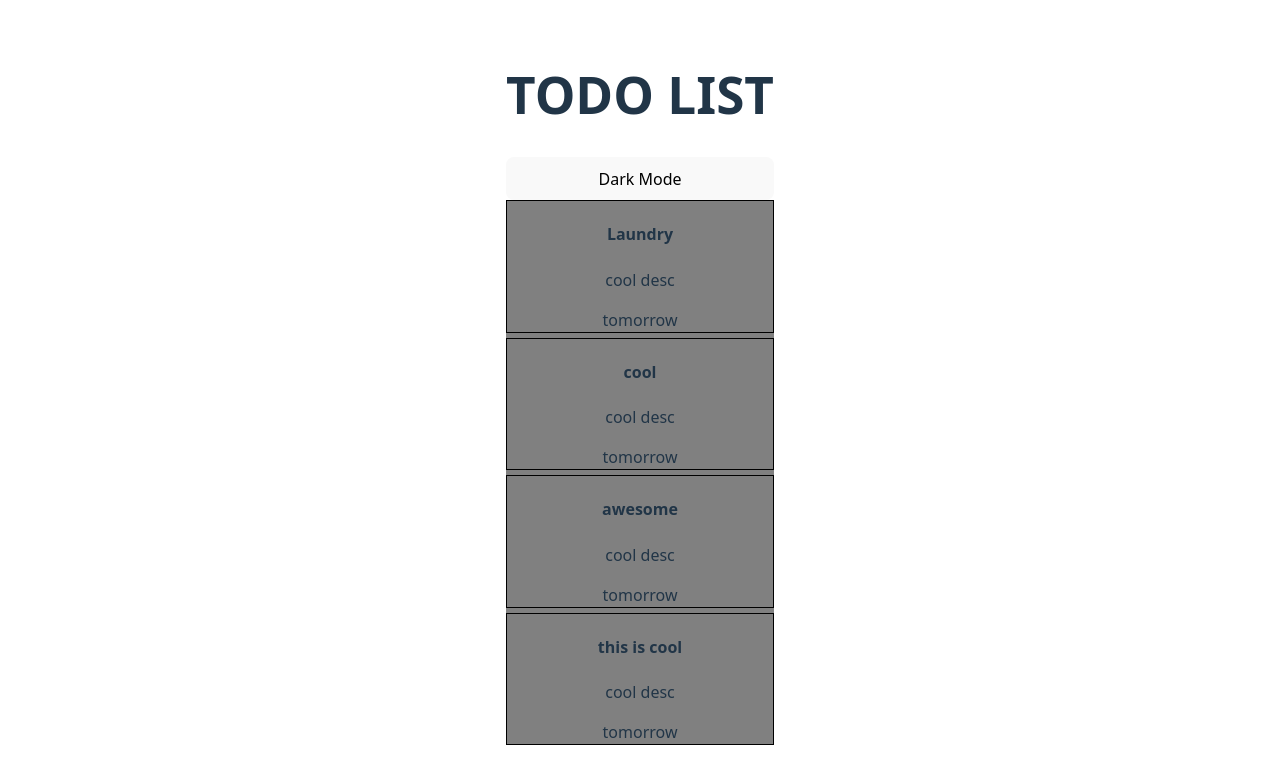
Repository: DISC-NU/workshop-3-activites
Page: /
These files come from the project's save history. The page is drawn as it stood at one moment and after the next save; the edit follows.
The browser window is 1280 px wide. The pictures show the whole page.
The project was rebuilt for these pictures with package versions that can differ from the ones it lists, and the page was loaded fresh each time. Also part of the build but not shown: vite.config.js.

Above is the page before, as saved 2025-10-06 19:28:26.

After the next save:
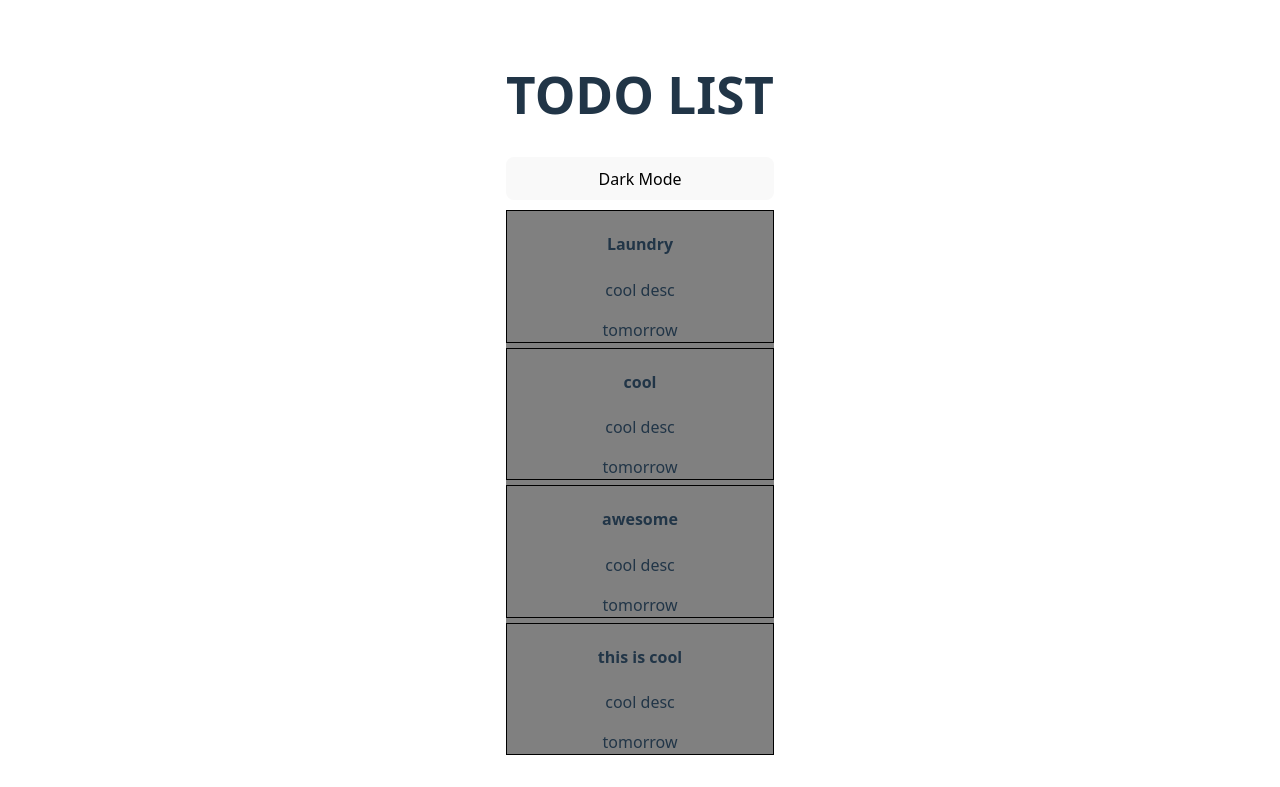
Saved 13 s later.
--- a/src/App.jsx
+++ b/src/App.jsx
@@ -14,7 +14,7 @@ function App() {
   return(
     <main style={{ display: 'flex', justifyContent: 'center', flexDirection: 'column' }}>
       <h1>TODO LIST</h1>
-      <button>Dark Mode</button>
+      <button style={{ marginBottom: 10}}>Dark Mode</button>
       <div style={{ width: '100%', display: 'flex', flexDirection: 'column', gap: 5, backgroundColor: 'gray' }}>
         <Item title='Laundry' description='cool desc' deadline='tomorrow' />
         <Item title='cool' description='cool desc' deadline='tomorrow' />
